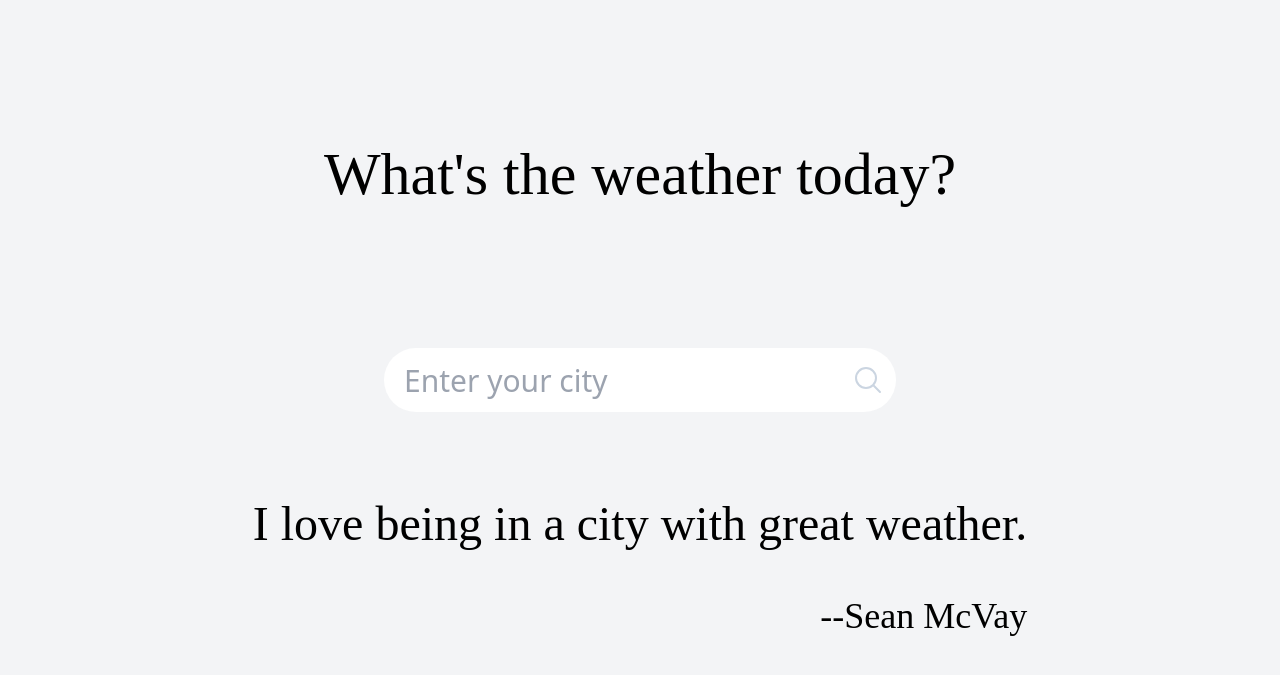
Repository: Tiaanz/Weather-App
Page: /
The author's editor kept a copy of each file at every save. The page is drawn from the files as they stood at one save, then again after the next save.
The browser window is 1280 px wide. The pictures show the whole page.
The project was rebuilt for these pictures with package versions that can differ from the ones it lists, and the page was loaded fresh each time.

Above is the page before, as saved 2023-03-05 20:48:28.

### src/index.js
//引入React核心库
import React from 'react';
//引入ReactDom
import ReactDom from 'react-dom/client';
//引入APP组件
import App from './App';
import './index.css'








//v18版本
 const root = ReactDom.createRoot(document.getElementById('root'));//创建虚拟DOM的插入节点，即原生DOM的节点
 const element = <App/> //声明组件
 root.render(element); //渲染组件到页面， 虚拟DOM到原生DOM

### src/App.js
import React, { useState, useEffect } from 'react'
// import Weather from './components/Weather'
import Quote from './components/Quote'

const App = () => {
  const [searchPlace, setSearchPlace] = useState('')
  const [cityName, setCityName] = useState('')
  const [country, setCountry] = useState('')
  const [time, setTime] = useState('')
  const [temp, setTemp] = useState('')
  const [tempImg, setTempImg] = useState('')
  const [condition, setCondition] = useState('')
  const [feelsLike, setfeelsLike] = useState('')
  const [wind, setWind] = useState('')
  const [humidity, setHumidity] = useState('')
  const [uv, setUv] = useState('')
  const [showQuote, setShowQuote] = useState(true)

  const API_URL = 'https://weatherapi-com.p.rapidapi.com/current.json'

  // useEffect(() => {
  //   document.body.style.backgroundColor = 'grey'
  // }, [])

  const searchWeather = (city) => async (e) => {
    e.preventDefault()
    try {
      // e.preventDefault()
      const response = await fetch(`${API_URL}?q=${city}`, {
        method: 'GET',
        headers: {
          'X-RapidAPI-Key':
            '6cda750ddbmsh3e2d299b52be602p1f7255jsn589c028d6d61',
          'X-RapidAPI-Host': 'weatherapi-com.p.rapidapi.com',
        },
      })
      const weatherObj = await response.json()
      const {
        location: { name, country, localtime },
        current: {
          temp_c,
          wind_kph,
          humidity,
          feelslike_c,
          uv,
          condition: { text, icon },
        },
      } = weatherObj
      const imgSrc = `http:${icon}`

      setCityName(name)
      setCountry(country)
      setTime(localtime)
      setTemp(temp_c)
      setTempImg(imgSrc)
      setCondition(text)
      setfeelsLike(feelslike_c)
      setWind(wind_kph)
      setHumidity(humidity)
      setUv(uv)
      setShowQuote(false)
    } catch (error) {
      console.log('wrong~~')
    }
  }
  return (
    <div>
      <h1 className="text-4xl sm:text-6xl my-36 font-header text-center">
        What's the weather today?
      </h1>
      <main className="flex flex-col items-center">
        {/* search bar */}
        <div className="w-full ">
          <form
            className="w-full flex justify-center"
            onSubmit={searchWeather(searchPlace)}
          >
            <div className=" w-3/4 sm:w-3/5 md:w-2/4  lg:w-2/5 flex items-center relative">
              <input
                className=" h-16 px-5 pr-10 rounded-full w-full text-2xl sm:text-3xl focus:outline-none"
                placeholder="Enter your city"
                type="text"
                value={searchPlace}
                onChange={(e) => setSearchPlace(e.target.value)}
              />
              <button type="submit" className="absolute right-3">
                <svg
                  xmlns="http://www.w3.org/2000/svg"
                  fill="none"
                  viewBox="0 0 24 24"
                  strokeWidth={1.5}
                  stroke="currentColor"
                  className="w-8 h-8 text-slate-300"
                >
                  <path
                    strokeLinecap="round"
                    strokeLinejoin="round"
                    d="M21 21l-5.197-5.197m0 0A7.5 7.5 0 105.196 5.196a7.5 7.5 0 0010.607 10.607z"
                  />
                </svg>
              </button>
            </div>
          </form>
        </div>
        {/* weather display card */}
      {showQuote ? <Quote/>:<div className="my-10 px-10 w-3/4 sm:w-3/5 md:w-2/4 lg:w-2/5  border rounded-2xl min-w-fit">
          <h2 className="text-3xl sm:text-5xl my-6  ">
            {cityName}, {country}
          </h2>

          <div className="flex items-center">
            <span className="text-5xl">{temp}°C</span>
            <img className="mx-10" src={tempImg} alt="" />
            <p className="text-2xl sm:text-3xl">{condition}</p>
          </div>
          <p className="text-2xl sm:text-3xl">Feels like: {feelsLike}°C</p>
          <div className="text-2xl leading-9 mt-10">
            <div className="flex">
              <span className="mr-3">
                <svg
                  width="20px"
                  height="20px"
                  viewBox="0 0 24 24"
                  fill="none"
                  xmlns="http://www.w3.org/2000/svg"
                >
                  <path
                    d="M2 15H18.5C20.43 15 22 16.57 22 18.5C22 20.43 20.43 22 18.5 22C16.57 22 15 20.43 15 18.5V18"
                    stroke="#292D32"
                    strokeWidth="1.5"
                    strokeMiterlimit="10"
                    strokeLinecap="round"
                    strokeLinejoin="round"
                  />
                  <path
                    d="M2 12H18.5C20.42 12 22 10.43 22 8.5C22 6.58 20.42 5 18.5 5C16.58 5 15 6.57 15 8.5V9"
                    stroke="#292D32"
                    strokeWidth="1.5"
                    strokeMiterlimit="10"
                    strokeLinecap="round"
                    strokeLinejoin="round"
                  />
                  <path
                    d="M2 9H9.31C10.8 9 12 7.79 12 6.31C12 4.82 10.79 3.62 9.31 3.62C7.82 3.62 6.62 4.83 6.62 6.31V6.69"
                    stroke="#292D32"
                    strokeWidth="1.5"
                    strokeMiterlimit="10"
                    strokeLinecap="round"
                    strokeLinejoin="round"
                  />
                </svg>
              </span>
              <p>Wind: {wind}kph</p>
            </div>
            <div className="flex">
              <span className="mr-3">
                <svg
                  width="20px"
                  height="20px"
                  viewBox="0 0 24 24"
                  xmlns="http://www.w3.org/2000/svg"
                >
                  <path d="M12,6.36c2,2.58,4,5.87,4,7.64a4,4,0,0,1-8,0c0-1.77,2-5.06,4-7.64M12,3.2S6,10,6,14a6,6,0,0,0,12,0c0-4-6-10.8-6-10.8Z" />
                  <rect width="24" height="24" fill="none" />
                </svg>
              </span>
              <p>Humidity: {humidity}%</p>
            </div>
            <div className="flex">
              <span className="mr-3">
                <svg
                  width="20px"
                  height="20px"
                  viewBox="0 0 24 24"
                  fill="none"
                  xmlns="http://www.w3.org/2000/svg"
                >
                  <path
                    d="M12 17.75C10.8628 17.75 9.75106 17.4128 8.80547 16.781C7.85989 16.1491 7.1229 15.2511 6.6877 14.2004C6.25249 13.1498 6.13862 11.9936 6.36049 10.8782C6.58235 9.76284 7.12999 8.73829 7.93414 7.93414C8.73829 7.12999 9.76284 6.58235 10.8782 6.36049C11.9936 6.13862 13.1498 6.25249 14.2004 6.6877C15.2511 7.1229 16.1491 7.85989 16.781 8.80547C17.4128 9.75106 17.75 10.8628 17.75 12C17.7474 13.5242 17.1407 14.9852 16.0629 16.0629C14.9852 17.1407 13.5242 17.7474 12 17.75ZM12 7.75C11.1594 7.75 10.3377 7.99926 9.63883 8.46626C8.93992 8.93325 8.39519 9.59701 8.07351 10.3736C7.75184 11.1502 7.66768 12.0047 7.83167 12.8291C7.99565 13.6536 8.40043 14.4108 8.9948 15.0052C9.58917 15.5996 10.3464 16.0044 11.1709 16.1683C11.9953 16.3323 12.8498 16.2482 13.6264 15.9265C14.403 15.6048 15.0668 15.0601 15.5337 14.3612C16.0007 13.6623 16.25 12.8406 16.25 12C16.2474 10.8736 15.7987 9.79417 15.0023 8.99772C14.2058 8.20126 13.1264 7.75264 12 7.75Z"
                    fill="#000000"
                  />
                  <path
                    d="M12 5C11.8019 4.99741 11.6126 4.91756 11.4725 4.77747C11.3324 4.63737 11.2526 4.44811 11.25 4.25V2.75C11.25 2.55109 11.329 2.36032 11.4697 2.21967C11.6103 2.07902 11.8011 2 12 2C12.1989 2 12.3897 2.07902 12.5303 2.21967C12.671 2.36032 12.75 2.55109 12.75 2.75V4.25C12.7474 4.44811 12.6676 4.63737 12.5275 4.77747C12.3874 4.91756 12.1981 4.99741 12 5Z"
                    fill="#000000"
                  />
                  <path
                    d="M12 22C11.8019 21.9974 11.6126 21.9176 11.4725 21.7775C11.3324 21.6374 11.2526 21.4481 11.25 21.25V19.75C11.25 19.5511 11.329 19.3603 11.4697 19.2197C11.6103 19.079 11.8011 19 12 19C12.1989 19 12.3897 19.079 12.5303 19.2197C12.671 19.3603 12.75 19.5511 12.75 19.75V21.25C12.7474 21.4481 12.6676 21.6374 12.5275 21.7775C12.3874 21.9176 12.1981 21.9974 12 22Z"
                    fill="#000000"
                  />
                  <path
                    d="M21.25 12.75H19.75C19.5511 12.75 19.3603 12.671 19.2197 12.5303C19.079 12.3897 19 12.1989 19 12C19 11.8011 19.079 11.6103 19.2197 11.4697C19.3603 11.329 19.5511 11.25 19.75 11.25H21.25C21.4489 11.25 21.6397 11.329 21.7803 11.4697C21.921 11.6103 22 11.8011 22 12C22 12.1989 21.921 12.3897 21.7803 12.5303C21.6397 12.671 21.4489 12.75 21.25 12.75Z"
                    fill="#000000"
                  />
                  <path
                    d="M4.25 12.75H2.75C2.55109 12.75 2.36032 12.671 2.21967 12.5303C2.07902 12.3897 2 12.1989 2 12C2 11.8011 2.07902 11.6103 2.21967 11.4697C2.36032 11.329 2.55109 11.25 2.75 11.25H4.25C4.44891 11.25 4.63968 11.329 4.78033 11.4697C4.92098 11.6103 5 11.8011 5 12C5 12.1989 4.92098 12.3897 4.78033 12.5303C4.63968 12.671 4.44891 12.75 4.25 12.75Z"
                    fill="#000000"
                  />
                  <path
                    d="M6.50001 7.24995C6.30707 7.2352 6.12758 7.14545 6.00001 6.99995L4.91001 5.99995C4.83844 5.92838 4.78167 5.84341 4.74293 5.7499C4.7042 5.65639 4.68427 5.55617 4.68427 5.45495C4.68427 5.35373 4.7042 5.25351 4.74293 5.16C4.78167 5.06649 4.83844 4.98152 4.91001 4.90995C4.98158 4.83838 5.06655 4.78161 5.16006 4.74287C5.25357 4.70414 5.3538 4.6842 5.45501 4.6842C5.55623 4.6842 5.65645 4.70414 5.74996 4.74287C5.84347 4.78161 5.92844 4.83838 6.00001 4.90995L7.00001 5.99995C7.123 6.13746 7.19099 6.31547 7.19099 6.49995C7.19099 6.68443 7.123 6.86244 7.00001 6.99995C6.87244 7.14545 6.69295 7.2352 6.50001 7.24995Z"
                    fill="#000000"
                  />
                  <path
                    d="M18.56 19.31C18.4615 19.3104 18.3638 19.2912 18.2728 19.2534C18.1818 19.2157 18.0993 19.1601 18.03 19.09L17 18C16.9332 17.86 16.9114 17.7028 16.9376 17.5499C16.9638 17.3971 17.0368 17.2561 17.1465 17.1464C17.2561 17.0368 17.3971 16.9638 17.55 16.9376C17.7028 16.9113 17.8601 16.9331 18 17L19.09 18C19.2305 18.1406 19.3094 18.3312 19.3094 18.53C19.3094 18.7287 19.2305 18.9194 19.09 19.06C19.0233 19.1355 18.9419 19.1967 18.8508 19.2397C18.7597 19.2827 18.6607 19.3066 18.56 19.31Z"
                    fill="#000000"
                  />
                  <path
                    d="M17.5 7.24995C17.3071 7.2352 17.1276 7.14545 17 6.99995C16.877 6.86244 16.809 6.68443 16.809 6.49995C16.809 6.31547 16.877 6.13746 17 5.99995L18 4.90995C18.1445 4.76541 18.3406 4.6842 18.545 4.6842C18.7494 4.6842 18.9455 4.76541 19.09 4.90995C19.2345 5.05449 19.3158 5.25054 19.3158 5.45495C19.3158 5.65936 19.2345 5.85541 19.09 5.99995L18 6.99995C17.8724 7.14545 17.6929 7.2352 17.5 7.24995Z"
                    fill="#000000"
                  />
                  <path
                    d="M5.44001 19.31C5.34147 19.3104 5.24383 19.2912 5.15282 19.2534C5.06181 19.2157 4.97926 19.1601 4.91001 19.09C4.76956 18.9494 4.69067 18.7587 4.69067 18.56C4.69067 18.3612 4.76956 18.1706 4.91001 18.03L6.00001 17C6.13997 16.9331 6.2972 16.9113 6.45006 16.9376C6.60293 16.9638 6.7439 17.0368 6.85357 17.1464C6.96324 17.2561 7.03621 17.3971 7.06244 17.5499C7.08866 17.7028 7.06685 17.86 7.00001 18L6.00001 19.09C5.92728 19.1638 5.83985 19.2216 5.74338 19.2595C5.64691 19.2974 5.54356 19.3146 5.44001 19.31Z"
                    fill="#000000"
                  />
                </svg>
              </span>
              <p>UV: {uv}</p>
            </div>
          </div>
          <span className="flex justify-end">Local time: {time}</span>
        </div>}

      </main>
    </div>
  )
}

export default App

### src/index.css
@tailwind base;
@tailwind components;
@tailwind utilities;

@import url('https://fonts.googleapis.com/css2?family=Lobster&display=swap');
@import url('https://fonts.googleapis.com/css2?family=Kalam:wght@300&display=swap');

body {
  background-color: #f3f4f6;
}

* {
  margin: 0;
  padding: 0;
}

### src/components/Quote.jsx
import React from 'react'
import quotes from '../data/quotes.json'



const randomIndex=getRandomIndex(quotes.quotes)
const quote=quotes.quotes[randomIndex].quote
const author=quotes.quotes[randomIndex].author


function getRandomIndex(arr) {
  const index=Math.floor(Math.random()*arr.length)
  return index
}

const Quote = () => {



  return (
    <div className="my-10 px-10 w-3/4 sm:w-3/5 md:w-2/4 lg:w-2/5 min-w-fit font-quote">
    <p className="text-5xl my-12 text-center">{quote}</p>
    <p className="text-4xl text-right">--{author}</p>
    </div>
  )
}

export default Quote

### src/data/quotes.json
{
  "quotes": [
    {
      "author": "Sean McVay",
      "quote": "I love being in a city with great weather."
    },
    {
      "author": "Frank Lane",
      "quote": "If you want to see the sunshine, you have to weather the storm."
    },
    {
      "author": "Ravyn Lenae",
      "quote": "I'm not a fan of cold weather."
    },
    {
      "author": "Charles Dudley Warner",
      "quote": "Everybody talks about the weather, but nobody does anything about it."
    }
  ]
}

### tailwind.config.js
/** @type {import('tailwindcss').Config} */
module.exports = {
  content: ['./src/**/*.{js,jsx,ts,tsx}'],
  theme: {
    fontFamily: {
      header: ['Lobster'],
      quote: ['Kalam'],
    },
    extend: {},
  },
  plugins: [],
}

Loaded but not shown: public/index.html (common file)

After the next save:
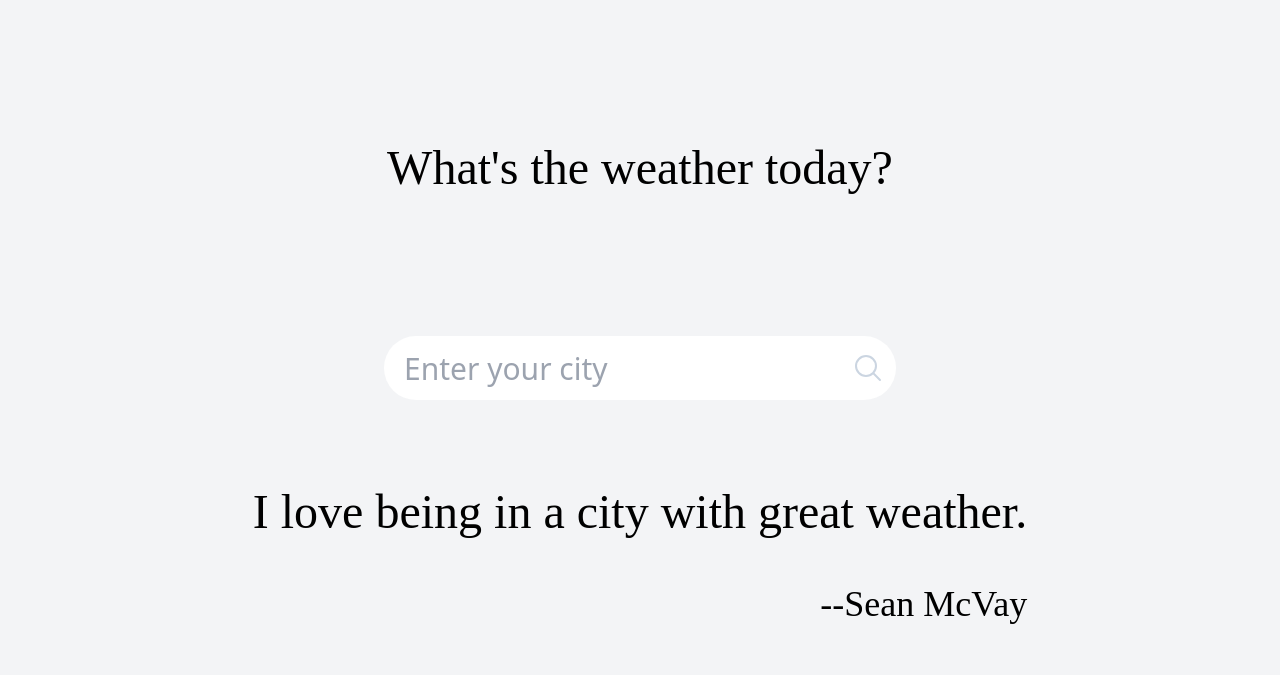
Saved 33 s later.
--- a/src/App.js
+++ b/src/App.js
@@ -65,7 +65,7 @@
   }
   return (
     <div>
-      <h1 className="text-4xl sm:text-6xl my-36 font-header text-center">
+      <h1 className="text-4xl sm:text-5xl my-36 font-header text-center">
         What's the weather today?
       </h1>
       <main className="flex flex-col items-center">
